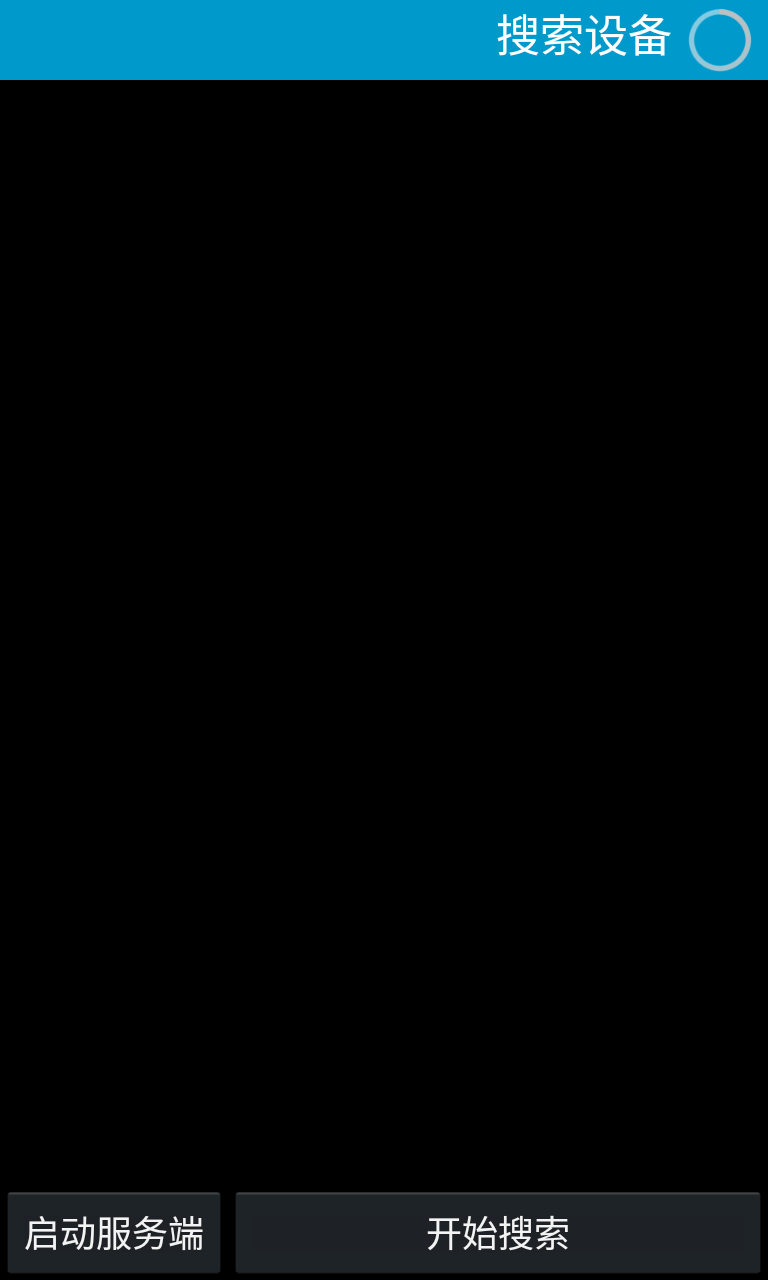
Repository: yihu0817/AndroidDemo
Layout: 蓝牙/AndroidBluetooth/res/layout/devices_layout.xml
These files come from the project's save history. The layout is drawn as it stood at one moment and after a run of saves; the edit follows.
It is drawn on a 768 x 1280 px phone screen (xhdpi) without system bars, with theme android:Theme.Holo; the app's code is not run. Lists and similar views that code fills are empty.

Above is the layout before, as saved 2015-03-20 02:26:50.

After the next 2 saves:
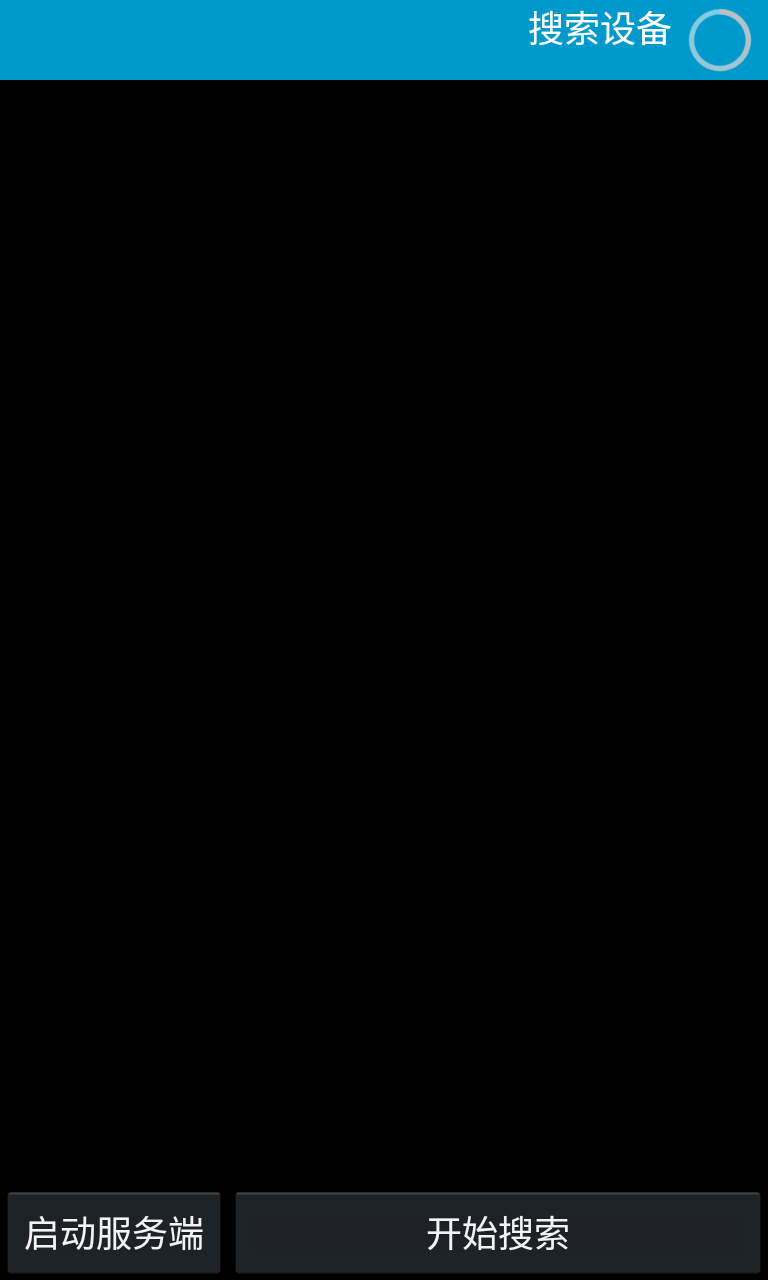
The 2 saves are shown as one change because they came seconds apart.
The last was saved 8 s later.
--- a/蓝牙/AndroidBluetooth/res/layout/devices_layout.xml
+++ b/蓝牙/AndroidBluetooth/res/layout/devices_layout.xml
@@ -12,20 +12,20 @@
         android:background="@android:color/holo_blue_dark" >
 
         <ProgressBar
-            android:layout_alignParentRight="true"
             android:id="@+id/progress_bar"
             android:layout_width="wrap_content"
-            android:layout_height="wrap_content"/>
+            android:layout_height="wrap_content"
+            android:layout_alignParentRight="true" />
+
         <TextView
             android:id="@+id/title_txt"
             android:layout_width="wrap_content"
             android:layout_height="match_parent"
             android:layout_gravity="center"
+            android:layout_toLeftOf="@id/progress_bar"
             android:text="搜索设备"
-            android:layout_toLeftOf="@id/progress_bar"
             android:textColor="@android:color/white"
-            android:textSize="22sp" />
-
+            android:textSize="18sp" />
     </RelativeLayout>
 
     <RelativeLayout
